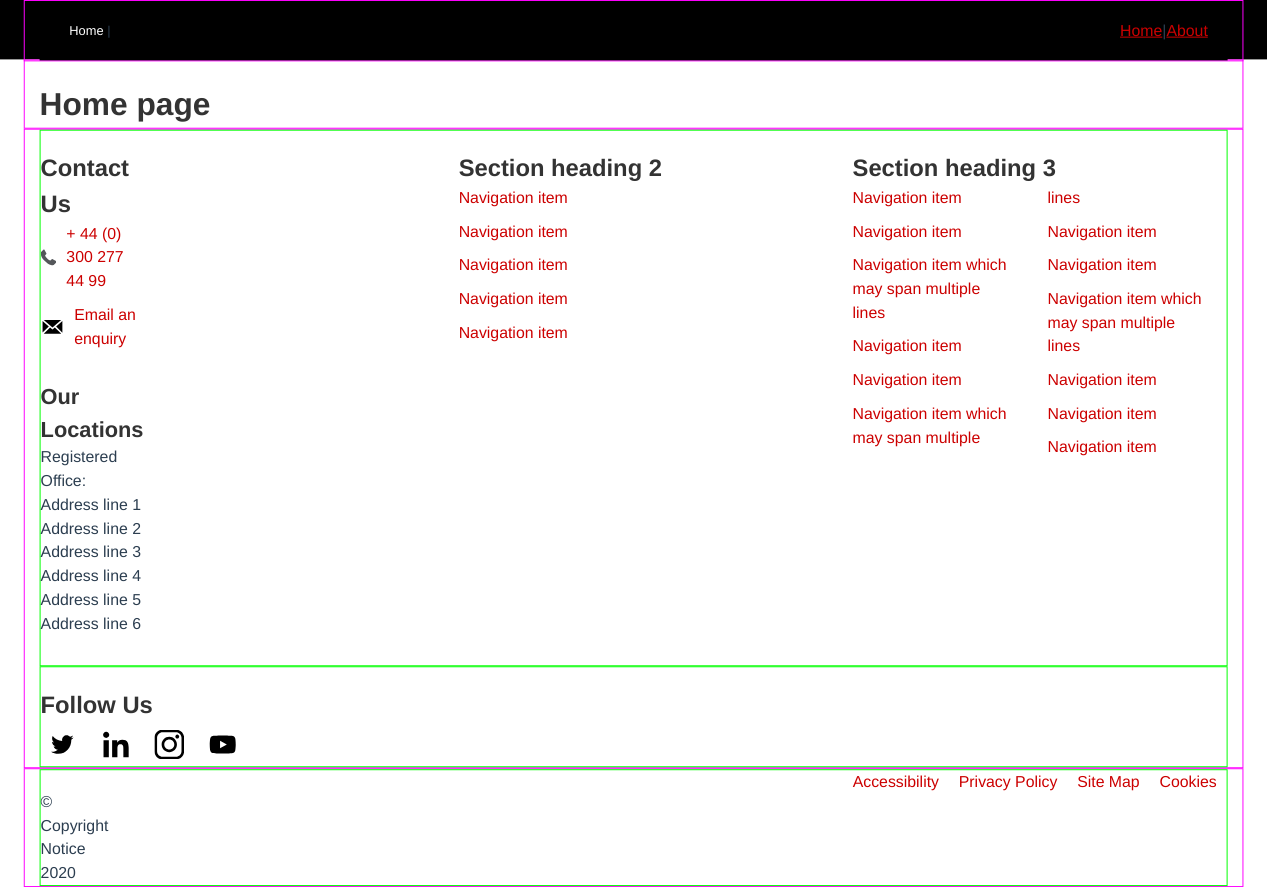
Repository: DaveBaulch/spa
Page: /
These files come from the project's save history. The page is drawn as it stood at one moment and after the next save; the edit follows.
The browser window is 1280 px wide. The pictures show the whole page, at 99% of full size.
The project was rebuilt for these pictures with package versions that can differ from the ones it lists, and the page was loaded fresh each time. Also part of the build but not shown: src/assets/styles/main.css.

Above is the page before, as saved 2020-10-13 12:18:56.

After the next save:
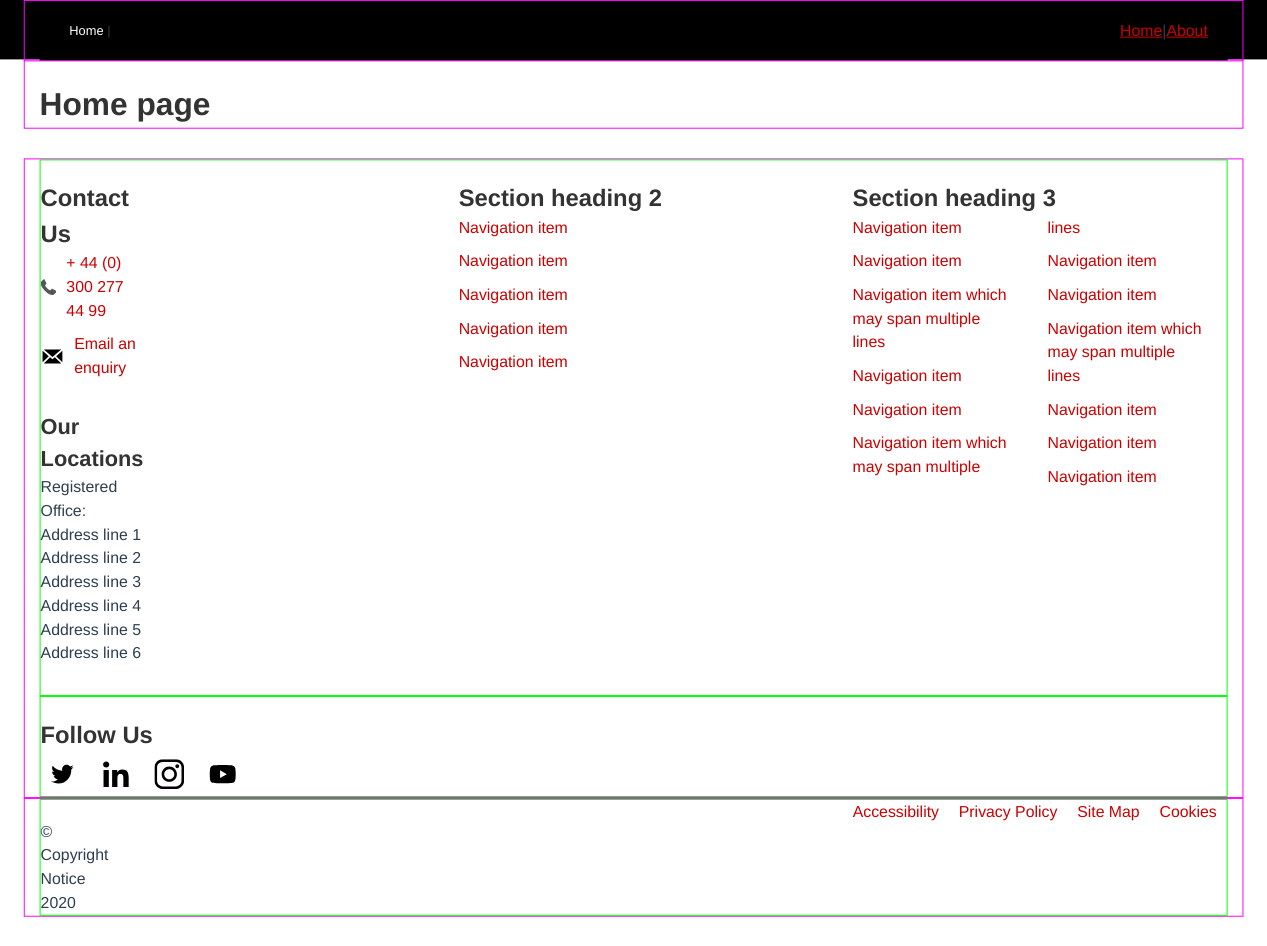
Saved 21 s later.
--- a/src/components/global/TheFooter.vue
+++ b/src/components/global/TheFooter.vue
@@ -175,7 +175,7 @@ footer-wrapper {
   background-color: $grey-lighter;
 }
 
-.footer-primary {
+.footer {
   margin: 0 auto;
   padding: 3rem 0;
 }
